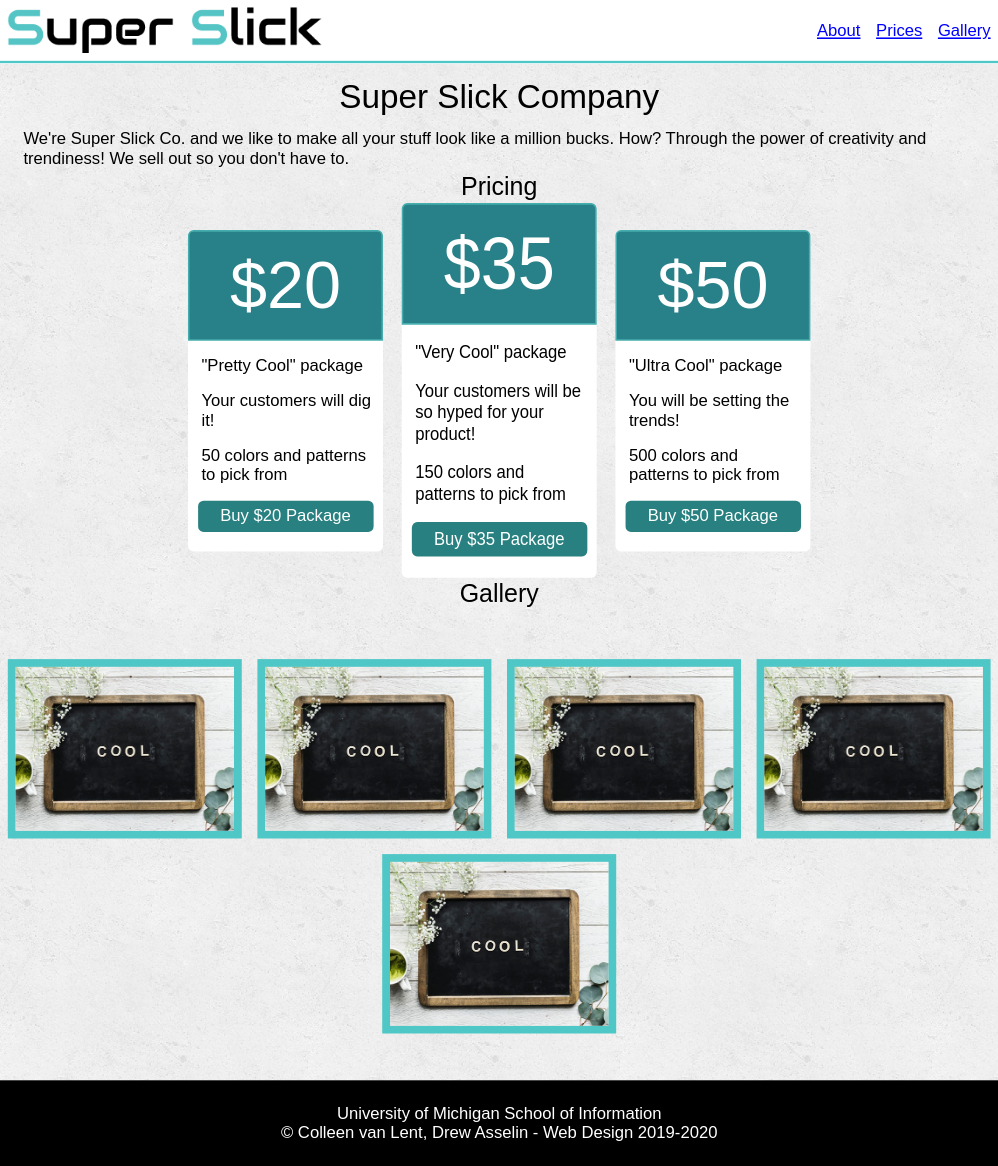
Repository: jiaqili0803/SI_539
Page: hw6-2021-main/homework.html
The author's editor kept a copy of each file at every save. The page is drawn from the files as they stood at one save, then again after the next save.
The browser window is 1280 px wide. The pictures show the whole page, at 78% of full size.
Some web fonts or font styles are not loaded; a fallback is used.

Above is the page before, as saved 2021-10-29 23:18:04.

### hw6-2021-main/homework.html
<!DOCTYPE html>
<html lang="en">
  <head>
    <meta charset="utf-8">
    <meta name="viewport" content="width=device-width, initial-scale=1.0">
    <link rel="stylesheet" type="text/css" href="css/html5reset.css">
    <link rel="stylesheet" type="text/css" href="css/starter.css">
    <link rel="stylesheet" type="text/css" href="css/style.css">

    <link rel="shortcut icon" href="images/logo_icon.png" type="image/png">

    <link rel="preconnect" href="https://fonts.googleapis.com">
    <link rel="preconnect" href="https://fonts.gstatic.com" crossorigin>
    <link href="https://fonts.googleapis.com/css2?family=Alegreya+Sans+SC:wght@300&display=swap" rel="stylesheet">

   <title>Super Slick Company</title>
  </head>
  <body>
    <a class = "skip" href='#skip'>Skip to Main Content</a>
    <header>
      <img src="images/logo.png" alt="" id = "logo">
      <nav>
        <ul class="nav_links">
          <li class="nav_item"><a href="#skip">About</a></li>
          <li class="nav_item"><a href="#pricing">Prices</a></li>
          <li class="nav_item"><a href="#gallery">Gallery</a></li>
        </ul>
      </nav>
    </header>
  <main class="about" id="skip">
    <h1>Super Slick Company</h1>

    <p>We're Super Slick Co. and we like to make all your stuff look like a million bucks. How? Through the power of creativity and trendiness! We sell out so you don't have to.</p>

    <h2 id = "pricing">Pricing</h2>
      <div class="pricing">
        <div class="card">
          <header><h3>$20</h3></header>
          <ul>
            <li>"Pretty Cool" package</li>
            <li>Your customers will dig it!</li>
            <li>50 colors and patterns to pick from</li>
          </ul>
          <button>Buy $20 Package</button>
        </div>
        <div class="card card_big">
          <header><h3>$35</h3></header>
          <ul>
            <li>"Very Cool" package</li>
            <li>Your customers will be so hyped for your product!</li>
            <li>150 colors and patterns to pick from</li>
          </ul>
          <button>Buy $35 Package</button>
        </div>
        <div class="card">
          <header><h3>$50</h3></header>
          <ul>
            <li>"Ultra Cool" package</li>
            <li>You will be setting the trends!</li>
            <li>500 colors and patterns to pick from</li>
          </ul>
          <button>Buy $50 Package</button>
        </div>
      </div>

      <h2 id = "gallery">Gallery</h2>
        <div class="gallery">
          <img id="image1" src="images/sample.jpg" alt="" />
          <img id="image2" src="images/sample.jpg" alt="" />
          <img id="image3" src="images/sample.jpg" alt="" />
          <img id="image4" src="images/sample.jpg" alt="" />
          <img id="image5" src="images/sample.jpg" alt="" />
        </div>
    </main>

    <footer>
      <p>University of Michigan School of Information <br/>
        &copy; Colleen van Lent, Drew Asselin - Web Design 2019-2020</p>
    </footer>
  </body>
</html>

### hw6-2021-main/css/html5reset.css
/*
    HTML5 Reset :: style.css
    ----------------------------------------------------------
    We have learned much from/been inspired by/taken code where offered from:
    Eric Meyer                  :: http://meyerweb.com
    HTML5 Doctor                :: http://html5doctor.com
    and the HTML5 Boilerplate   :: http://html5boilerplate.com
-------------------------------------------------------------------------------*/

/* Let's default this puppy out
-------------------------------------------------------------------------------*/

html, body, body div, span, object, iframe, h1, h2, h3, h4, h5, h6, p, blockquote, pre, abbr, address, cite, code, del, dfn, em, img, ins, kbd, q, samp, small, strong, sub, sup, var, b, i, dl, dt, dd, ol, ul, li, fieldset, form, label, legend, table, caption, tbody, tfoot, thead, tr, th, td, article, aside, figure, footer, header, menu, nav, section, time, mark, audio, video, details, summary {
    margin: 0;
    padding: 0;
    border: 0;
    font-size: 100%;
    font-weight: normal;
    vertical-align: baseline;
    background: transparent;
}

main, article, aside, figure, footer, header, nav, section, details, summary {display: block;}

/* Handle box-sizing while better addressing child elements:
   http://css-tricks.com/inheriting-box-sizing-probably-slightly-better-best-practice/ */
html {
    box-sizing: border-box;
}

*,
*:before,
*:after {
    box-sizing: inherit;
}

/* consider resetting the default cursor: https://gist.github.com/murtaugh/5247154 */

/* Responsive images and other embedded objects */
/* if you don't have full control over `img` tags (if you have to overcome attributes), consider adding height: auto */
img,
object,
embed {max-width: 100%;}

/*
   Note: keeping IMG here will cause problems if you're using foreground images as sprites.
    In fact, it *will* cause problems with Google Maps' controls at small size.
    If this is the case for you, try uncommenting the following:
#map img {
        max-width: none;
}
*/

/* force a vertical scrollbar to prevent a jumpy page */
html {overflow-y: scroll;}

/* we use a lot of ULs that aren't bulleted.
    you'll have to restore the bullets within content,
    which is fine because they're probably customized anyway */
ul {list-style: none;}

blockquote, q {quotes: none;}

blockquote:before,
blockquote:after,
q:before,
q:after {content: ''; content: none;}

a {margin: 0; padding: 0; font-size: 100%; vertical-align: baseline; background: transparent;}

del {text-decoration: line-through;}

abbr[title], dfn[title] {border-bottom: 1px dotted #000; cursor: help;}

/* tables still need cellspacing="0" in the markup */
table {border-collapse: separate; border-spacing: 0;}
th {font-weight: bold; vertical-align: bottom;}
td {font-weight: normal; vertical-align: top;}

hr {display: block; height: 1px; border: 0; border-top: 1px solid #ccc; margin: 1em 0; padding: 0;}

input, select {vertical-align: middle;}

pre {
    white-space: pre; /* CSS2 */
    white-space: pre-wrap; /* CSS 2.1 */
    white-space: pre-line; /* CSS 3 (and 2.1 as well, actually) */
    word-wrap: break-word; /* IE */
}

input[type="radio"] {vertical-align: text-bottom;}
input[type="checkbox"] {vertical-align: bottom;}
.ie7 input[type="checkbox"] {vertical-align: baseline;}
.ie6 input {vertical-align: text-bottom;}

select, input, textarea {font: 99% sans-serif;}

table {font-size: inherit; font: 100%;}

small {font-size: 85%;}

strong {font-weight: bold;}

td, td img {vertical-align: top;}

/* Make sure sup and sub don't mess with your line-heights http://gist.github.com/413930 */
sub, sup {font-size: 75%; line-height: 0; position: relative;}
sup {top: -0.5em;}
sub {bottom: -0.25em;}

/* standardize any monospaced elements */
pre, code, kbd, samp {font-family: monospace, sans-serif;}

/* hand cursor on clickable elements */
.clickable,
label,
input[type=button],
input[type=submit],
input[type=file],
button {cursor: pointer;}

/* Webkit browsers add a 2px margin outside the chrome of form elements */
button, input, select, textarea {margin: 0;}

/* make buttons play nice in IE */
button,
input[type=button] {width: auto; overflow: visible;}

/* scale images in IE7 more attractively */
.ie7 img {-ms-interpolation-mode: bicubic;}

/* prevent BG image flicker upon hover
   (commented out as usage is rare, and the filter syntax messes with some pre-processors)
.ie6 html {filter: expression(document.execCommand("BackgroundImageCache", false, true));}
*/

/* let's clear some floats */
.clearfix:after { content: " "; display: block; clear: both; }

### hw6-2021-main/css/starter.css
body{
    margin: 0;
    padding: 0;
    font-size: 16pt; /* test for this! Make all sizes em or rem */
  }

  header{
    background: #fff;
    border-bottom: 3px solid #50C7C7;
  }

  h1{
    font-size: 2em;
    text-align: center;
    line-height: 2;
  }

  h2{
    font-size: 1.5em;
    text-align: center;
    padding: 5px;
  }

  p {
    padding: 0 30px;
  }

  a.skip{
    background: white;
    left: 0;
    padding: 6px;
    position: absolute;
    top: -40px;
    -webkit-transition: top 1s ease-out;
    transition: top 1s ease-out;
    z-index: 1;
  }

  a.skip:focus{
    top:20px;
    color: black;
    text-decoration-style: solid;
  }

  *:focus{
    border: 2px solid black;
  }


  .nav_item a{
    padding: 10px;
  }

  .nav_item a:hover, a:focus{
    color: #50C7C7;
    text-decoration: underline;
    -webkit-text-decoration-style: dotted;
            text-decoration-style: dotted;
  }

  .pricing{
    min-height: 475px;
  }

  .card {
    margin: 12px;
    background: #fff;
    border-radius: 7px;
    padding: 0 0 25px 0;

  }

  .card > ul{
    list-style: none;
    padding-left: 5px;
  }

  .card > ul li {
    width: 90%;
    margin: 20px auto;

  }

.card button{
    width: 90%;
    height: 40px;
    border: 0;
    margin-left: 5%;
    border-radius: 7px;
    background: #288080;
    color: white;
    font-size: 1em;
  }

  .card h3{
    font-size: 4em;
    color: white;
    text-align: center;
  }

  .card_big{
    -webkit-transform: initial;
            transform: initial;
  }

  .gallery{
    min-height: 600px;
  }

  footer{
    background-color: black;
    color: white;
    padding: 30px;
    text-align: center;
  }

  @media screen and (min-width: 850px){
    .card_big{
        -webkit-transform: scaleY(1.1);
        transform: scaleY(1.1);
        z-index: -99;
  }
}

### hw6-2021-main/css/style.css
body{
    font-family: 'Alegreya Sans SC', Sans-Serif;
    background-image: url("../images/concrete_seamless.png");
    background-color: #f1f1f1;

  }

header{
    display: flex;
    flex-direction: column;
    justify-content: center;
    align-items: center;

}

a:link, a:visited {
    color: blue;
}


.nav_links{
    display: flex;
    flex-direction: column;

}

#pricing{
    display: flex;
    flex-direction: column;
    justify-content: center;
    align-items: center;



}

.pricing{
    display: flex;
    /* flex-direction: column; */
    justify-content: center;
    align-items: center;
    flex-wrap: wrap;




}

.card{
    flex-basis: 450px;
}



.card header{
    background-color: #288088;
    border: 2px solid #45ADAD;
    padding-top: 20px;
    padding-bottom: 20px;
    border-top-left-radius: 7px;
    border-top-right-radius: 7px;

}

.gallery img{
    border: 10px solid #50C7C7;
    margin: 10px;
    width: 300px;


}

.gallery{
    display: flex;
    /* flex-direction: column; */
    justify-content: center;
    align-items: center;
    align-content: center;
    flex-wrap: wrap;

}

#logo{
    animation-name: slidein;
    animation-duration: 5s;
    animation-iteration-count: 1;

}


@keyframes slidein {
from {

    width: 50px;
    opacity: 0;
}

to {

    width: 425px;
    opacity: 1;
}
}


@media screen and (min-width: 850px){
    body > header{
        display: flex;
        flex-direction: row;
        justify-content: space-between;


        /* justify-content: flex-start; */
        /* flex-wrap: wrap; */


        position: sticky;
        width: 100%;
        top:0;


    }


    .nav_links{
        flex-direction: row;

    }

    .card{
        flex-basis: 250px;

    }

}

@media screen and (prefers-reduced-motion: reduce){
    #logo {
      animation: none;
    }
}



@media print{
    body{
        background-image: none;

    }

    body > header{
        display: flex;
        flex-direction: column;
        /* align-content: space-between; */
    }

    nav{
        width: 100%;
    }

    .nav_links{
        display: flex;
        flex-direction: row;
        justify-content: space-around;
        align-items: center;
    }

    .pricing{
        display: flex;
        align-items: flex-end;
        flex-direction: row;
        flex-wrap: nowrap;

    }

    .card{
        display: flex;
        border: 2px solid #45ADDD;
        flex-basis: 250px;


        flex-direction: column;
        /* align-self: flex-end;  */
        /* align-self: baseline; */
    }

    .gallery{
        display: none;
    }

    #gallery{
        display: none;
    }

    main li:nth-child(2n-1):before {
        content: "👍";
      }

    main li:nth-child(2n):after {
        content: "👍";
    }


}

After the next save:
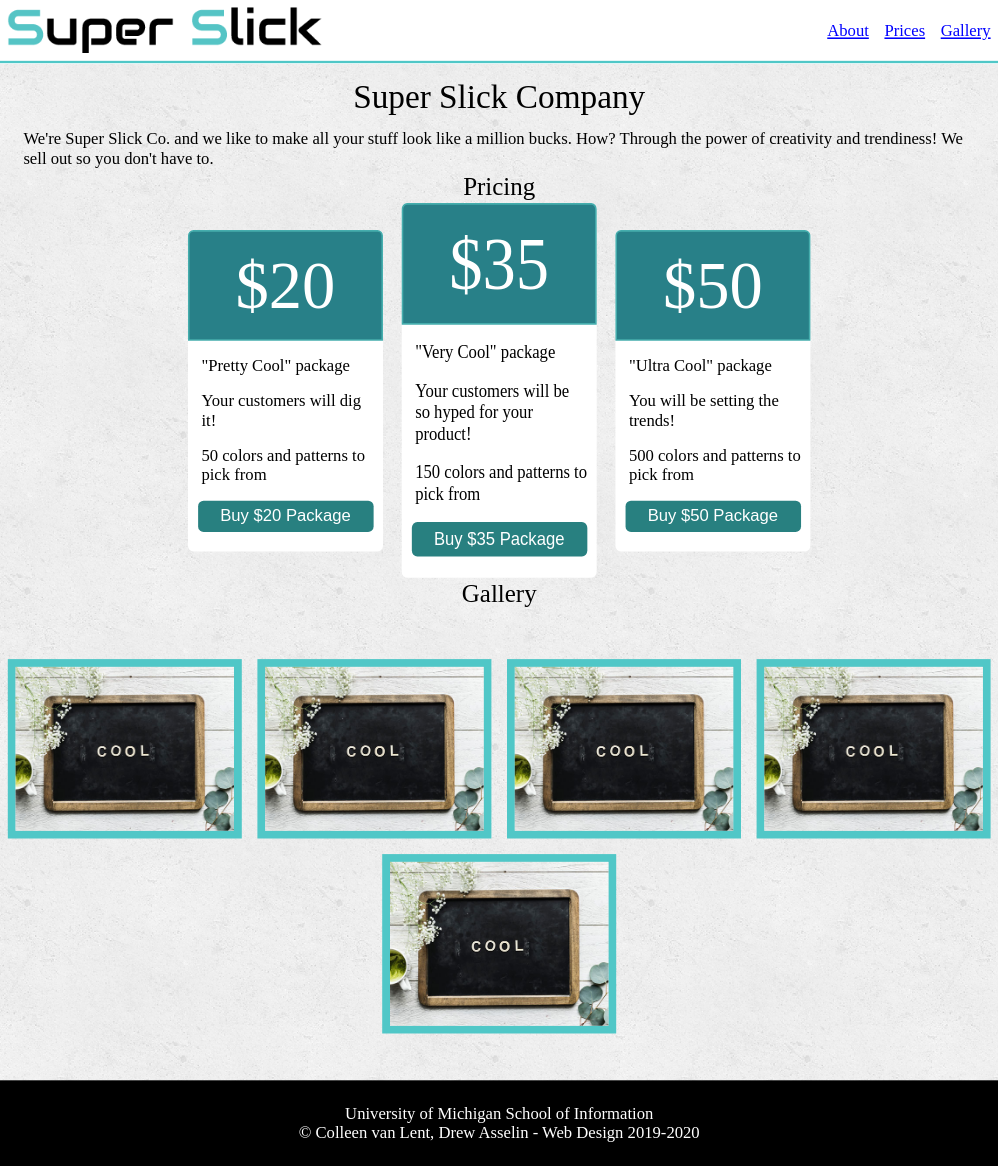
Saved 16 min 14 s later.
--- a/hw6-2021-main/css/style.css
+++ b/hw6-2021-main/css/style.css
@@ -1,5 +1,5 @@
 body{
-    font-family: 'Alegreya Sans SC', Sans-Serif;
+    font-family: "Alegreya Sans SC", serif;
     background-image: url("../images/concrete_seamless.png");
     background-color: #f1f1f1;
 
